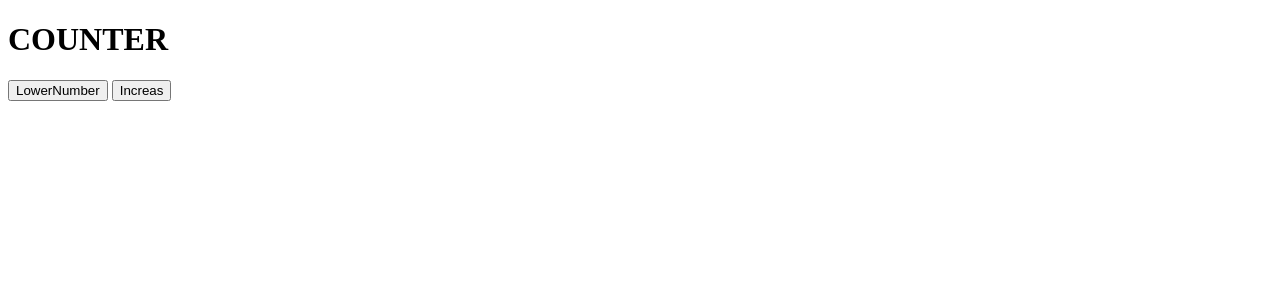
Repository: Sgalstyan06/counterNum
Page: index.html
The author's editor kept a copy of each file at every save. The page is drawn from the files as they stood at one save, then again after the next save.
The browser window is 1280 px wide. The pictures show the whole page.

Above is the page before, as saved 2022-02-14 16:33:09.

After the next save:
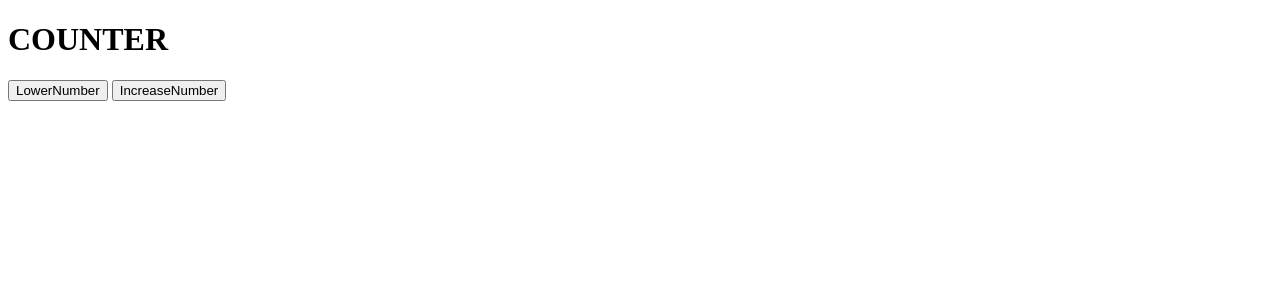
Saved 5 s later.
--- a/index.html
+++ b/index.html
@@ -13,7 +13,7 @@
         <div></div>
         <div>
             <button>LowerNumber</button>
-            <button>Increas</button>
+            <button>IncreaseNumber</button>
         </div>
     </div>
     <script src="./script.js"></script>
